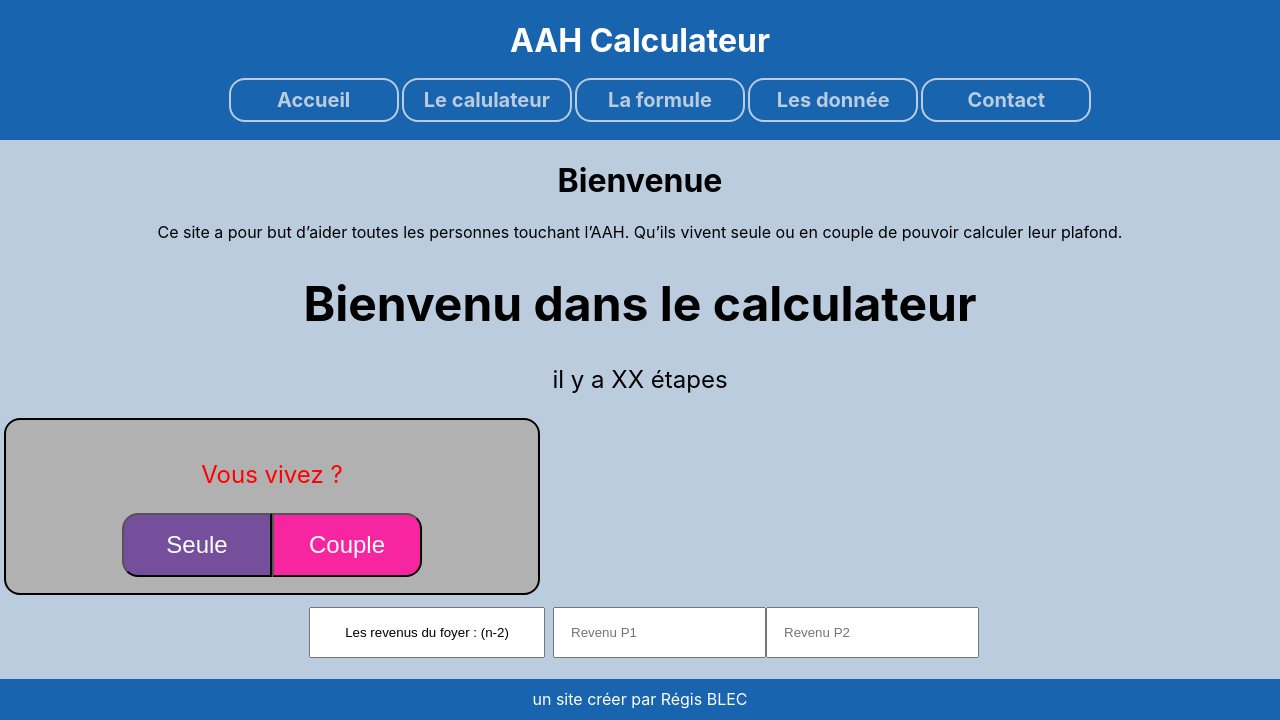
Repository: Cide74/calculateur-aah
Page: /
An editor plug-in stored every save of this project. The page is shown before and after the next save, followed by the edit.
The browser window is 1280 px wide. The pictures show the whole page.
The project was rebuilt for these pictures with package versions that can differ from the ones it lists, and the page was loaded fresh each time.

Above is the page before, as saved 2021-04-05 19:51:02.

### public/index.html
<!DOCTYPE html>
<html lang="fr">
  <head>
    <meta charset="utf-8" />
    <link rel="icon" href="%PUBLIC_URL%/logoAAH.ico" />
    <meta name="viewport" content="width=device-width, initial-scale=1" />
    <meta name="theme-color" content="#000000" />
    <meta
      name="description"
      content="Web site created using create-react-app"
    />
    <link rel="apple-touch-icon" href="%PUBLIC_URL%/logoAAH.jpg" />
    <!--
      manifest.json provides metadata used when your web app is installed on a
      user's mobile device or desktop. See https://developers.google.com/web/fundamentals/web-app-manifest/
    -->
    <link rel="manifest" href="%PUBLIC_URL%/manifest.json" />
    <!--
      Notice the use of %PUBLIC_URL% in the tags above.
      It will be replaced with the URL of the `public` folder during the build.
      Only files inside the `public` folder can be referenced from the HTML.

      Unlike "/favicon.ico" or "favicon.ico", "%PUBLIC_URL%/favicon.ico" will
      work correctly both with client-side routing and a non-root public URL.
      Learn how to configure a non-root public URL by running `npm run build`.
    -->
    <title>React App</title>
  </head>
  <body>
    <noscript>You need to enable JavaScript to run this app.</noscript>
    <div id="root"></div>
    <!--
      This HTML file is a template.
      If you open it directly in the browser, you will see an empty page.

      You can add webfonts, meta tags, or analytics to this file.
      The build step will place the bundled scripts into the <body> tag.

      To begin the development, run `npm start` or `yarn start`.
      To create a production bundle, use `npm run build` or `yarn build`.
    -->
  </body>
</html>

### src/index.css
body {
  margin: 0;
  font-family: -apple-system, BlinkMacSystemFont, 'Segoe UI', 'Roboto', 'Oxygen',
    'Ubuntu', 'Cantarell', 'Fira Sans', 'Droid Sans', 'Helvetica Neue',
    sans-serif;
  -webkit-font-smoothing: antialiased;
  -moz-osx-font-smoothing: grayscale;







  background-color:#BBCCDE;
  background-color:#1864AF;
}

code {
  font-family: source-code-pro, Menlo, Monaco, Consolas, 'Courier New',
    monospace;
}

### src/App.js
import Header from './components/Header/Header';
import Menu from './components/Menu/Menu';
import Main from './components/Main/Main';
import Footer from './components/Footer/Footer';

import './App.scss';

function App() {
  return (
    <div className="App">
      <Header />
      <Menu />
      <Main />
      <Footer />
    </div>
  );
}

export default App;

### src/components/Header/Header.js
//import Menu from '../Menu/Menu';
import './Header.scss';

export default function Header() {
  return (
    <div className="header">
      <h1 className="header-title">AAH Calculateur</h1>

    </div>
  );
}

### src/components/Menu/Menu.js

import './Menu.scss';

export default function Menu() {
  return (
		<nav className="menu">
			<ul className="menu__list">
				<li className="menu__item menu__item--current">
          <a className="menu__link">Accueil</a></li>
				<li className="menu__item">
          <a className="menu__link">Le calulateur</a></li>
				<li className="menu__item">
          <a className="menu__link">La formule</a></li>
				<li className="menu__item">
          <a className="menu__link">Les donnée</a></li>
				<li className="menu__item">
          <a className="menu__link">Contact</a></li>
			</ul>
		</nav>
  );
}

### src/components/Main/Main.js
import Home from '../Home/Home';
import Calculator from '../Calculator/Calculator';

import './Main.scss';

export default function Main() {
  return (
    <div className="Main">
      < Home />
      < Calculator />

    </div>
  );
}

### src/components/Footer/Footer.js
import './Footer.scss';

export default function Footer() {
  return (
    <div className="Footer">
      <h1 className="Footer-title">un site créer par Régis BLEC</h1>
    </div>
  );
}

### src/App.scss
.App {

  text-align: center;
  background-color:#1864AF ;
  background-color:#BBCCDE;

  display: flex;
  flex-direction: column;
  min-height: 100vh;

  h1 {
   // color:white;
  }
}

### src/components/Header/Header.scss
.header {
    background-color:#1864AF;
    &-title {
        color: white;
        font-size: 2em;
        background-color:#1864AF;
        margin-bottom: 0rem ;
    }
}

### src/components/Menu/Menu.scss
.menu {
    color:#BBCCDE;
    background-color:#1864AF;
    &__list {
        display:inline-flex;
    }
    &__item {
        max-width: auto;
        margin:0.1rem;
        padding: 0.5rem;
        list-style:none;
        font-size: 1.25em;
        font-weight: bolder;
        border-radius: 1rem ;
        border:2px solid #BBCCDE;
        min-width: 150px;
    }
    &__item:hover {
            color :#1864AF;
            border-radius: 3rem ;
            background-color:#BBCCDE;
        }
}

### src/components/Home/Home.js


import './Home.scss';

export default function Home() {
  return (
    <div className='Home'>
      <h1>Bienvenue</h1>
      <p>Ce site a pour but d’aider toutes les personnes touchant l’AAH. Qu’ils vivent seule ou en couple de pouvoir calculer leur plafond. </p>

    </div>
  );
}

### src/components/Calculator/Calculator.js
import React from 'react';
import { Button } from 'semantic-ui-react'

import './Calculator.scss';

export default function Calculator() {

  return (
    <div className='calculateur'>



      <h1>Bienvenu dans le calculateur</h1>
      <p>il y a XX étapes </p>
        <form className="form">

          <div className='form-situation'>
            {/*
            <input
              type='text'
              className='form-situation-text'
              //onChange= ''
              value="Votre situation:"
              name='revenu-text'
            />*/}
            <p className='form-situation-text'>Vous vivez ?</p>
            <Button
              className='form-situation-seule'
              content='Seule'
              name='Seule'
              />
            <Button
              className='form-situation-couple'
              content='Couple'
              name='Couple'
              />



          </div>
        </form>
      <form className='form'>
        <div className="field-revenu">
          <input
            type='text'
            className='field-input-revenu-text'
            onChange= ''
            value="Les revenus du foyer : (n-2)"
            name='revenu-text'
          />
          <input
            type='number'
            className='field-input-revenu'
            onChange= ''
            value=""
            //onChange={handleChange}
            placeholder='Revenu P1 '
            name='revenu1'
          />
          <input
            type='number'
            className='field-input-revenu'
            onChange= ''
            value=""
            //onChange={handleChange}
            placeholder='Revenu P2 '
            name='revenu1'
          />
        </div>
      </form>
    </div>
  );
}

### src/components/Main/Main.scss
.Main {
    background-color: #BBCCDE;
    flex: 1;


    p {
    overflow: auto;
    }

}

### src/components/Footer/Footer.scss
.Footer {

    text-align: center;
    background-color:#1864AF;

    position: relative;
    width: 100%;

    &-title {
        text-align: center;
        text-overflow: clip;
        color:white;
        font-weight: normal;
        font-size: 1em;
    }

}

### src/components/Calculator/Calculator.scss
.calculateur {
   // color:orange;
    font-size: 1.5rem;
    .form {
        text-align: center;

        &-situation {
            text-align: center;
            border:2px solid black;
            color:red;
            background-color: rgba($color: #b1b1b1, $alpha: 1.0);
            margin: 0.25rem;
            padding: 1rem;
            border-radius: 1rem ;
            // width:400px;
            width: 500px;
        }
        &-situation-seule {
            font-size: 1.5rem;
            color:white;
            background-color: rgb(117, 79, 155);
            border-radius: 1rem 0rem 0rem 1rem;
            margin: 0rem;
            padding: 1rem;
            width: 150px;
        }
        &-situation-couple {
            font-size: 1.5rem;
            color:white;
            background-color: rgb(247, 38, 160);
            border-radius: 0rem 1rem 1rem 0rem;
            margin: 0rem;
            padding: 1rem;
            width: 150px;
        }
    }


    .field-input-revenu {
        color:red;

        width: max-content;
        padding: 1rem;

        &-text {
            text-align: center;
            width: 200px;
            margin: 0.5rem;
            padding: 1rem;
        }}
}

Loaded but not shown: src/index.js (common file); src/reportWebVitals.js (common file); src/components/Home/Home.scss (no stored copy; drawn as an empty file)

After the next save:
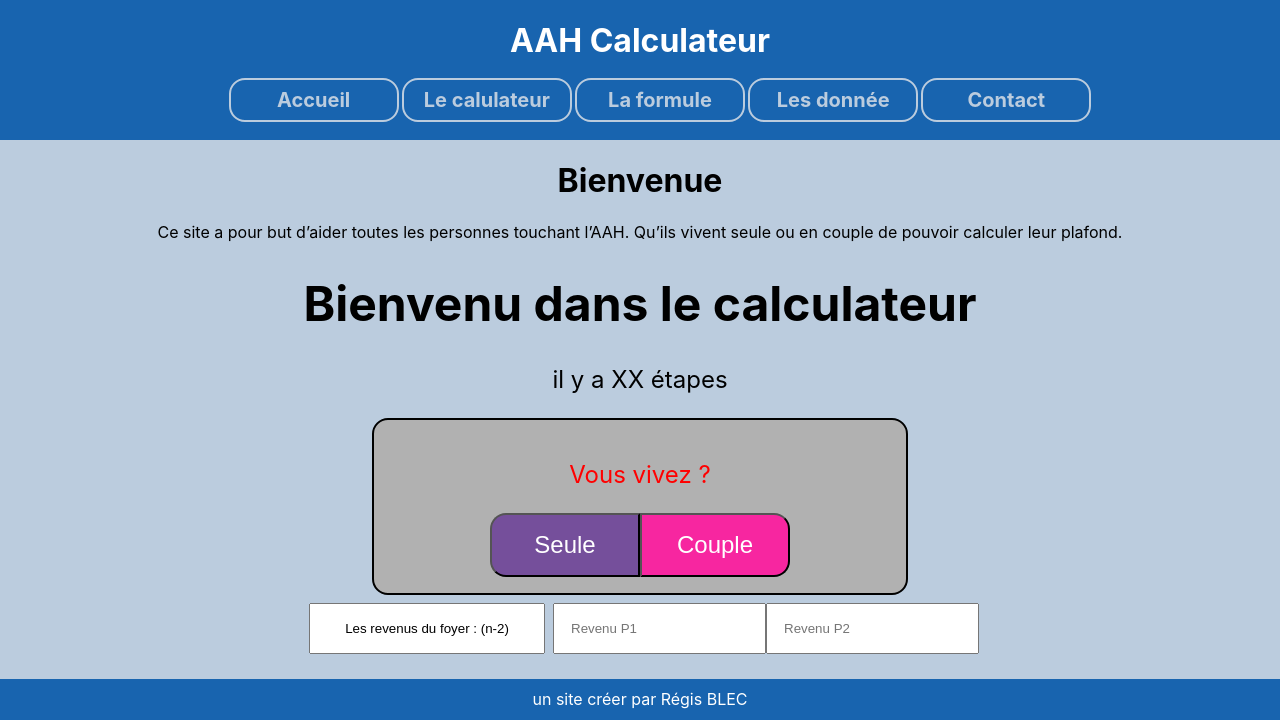
Saved 17 s later.
--- a/src/components/Calculator/Calculator.scss
+++ b/src/components/Calculator/Calculator.scss
@@ -9,7 +9,7 @@
             border:2px solid black;
             color:red;
             background-color: rgba($color: #b1b1b1, $alpha: 1.0);
-            margin: 0.25rem;
+            margin: auto;
             padding: 1rem;
             border-radius: 1rem ;
             // width:400px;
